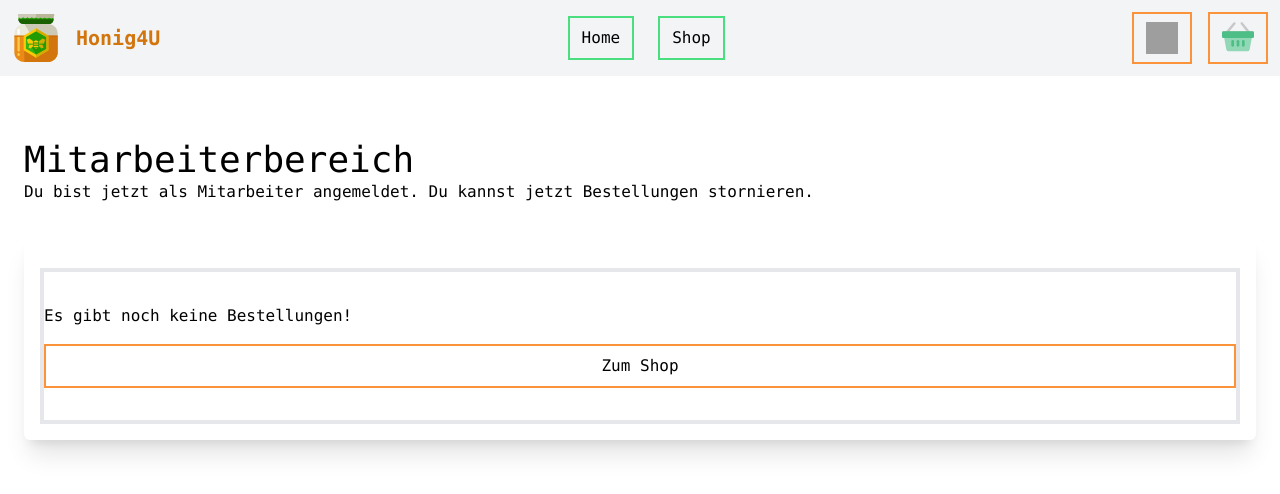
Repository: cainytheslave/PHPHonigShop
Page: http://localhost/admin.php
An editor plug-in stored every save of this project. The page is shown before and after a run of saves, followed by the edit.
The browser window is 1280 px wide. The pictures show the whole page.
Pictures or frames that could not be fetched are drawn as grey boxes. The page is run by PHP 8.4 with error messages shown; the project is at /var/www/html/. The session is filled in as if someone had signed in: {"afterLoginDestination": 1, "user": "testuser"}. Other server files are loaded and not shown. Style sheets and scripts are compiled from the project's sources, by tool versions that may differ from the author's. Queries for data that is not in the repository find no rows.

Above is the page before, as saved 2022-03-11 21:55:30.

### admin.php
<?php

session_start();

if (!isset($_SESSION['user'])) {
    header('Location: login.php');
}

require('core/conn.php');
$produkte = require('core/produkte.php');
$einstellungen = require('core/einstellungen.php');

if (!isset($_SESSION['warenkorb'])) {
    $_SESSION['warenkorb'] = [];
}

$conn = getDatenbank();
$stmt = $conn->prepare("SELECT * FROM Bestellungen");
$stmt->execute();

$result = $stmt->setFetchMode(PDO::FETCH_ASSOC);

$bestellungen = $stmt->fetchAll();

?>

<!DOCTYPE html>
<html lang="en">

<head>
    <meta charset="UTF-8">
    <meta http-equiv="X-UA-Compatible" content="IE=edge">
    <meta name="viewport" content="width=device-width, initial-scale=1.0">
    <title><?= $einstellungen['firma'] ?> Mitarbeiter</title>

    <?php include('includes/head.inc.php') ?>
</head>

<body class="font-mono">

    <?php include('includes/header.inc.php') ?>

    <main class="flex flex-col gap-8 px-6 py-16 mx-auto max-w-7xl">

        <!-- Fehlermeldungen -->
        <?php if (isset($errors)) echo Komponente::alert(true, $errors); ?>

        <section>
            <h1 class="text-4xl">Mitarbeiterbereich</h1>
            <p>Du bist jetzt als Mitarbeiter angemeldet. Du kannst jetzt Bestellungen stornieren.</p>
        </section>

        <section class="w-full p-4 mx-auto bg-white rounded-md shadow-xl">
            <div class="flex flex-col py-8 mt-4 border-4">
                <?php if (empty($bestellungen)) : ?>
                    <p class="mb-4">Es gibt noch keine Bestellungen!</p>
                    <?= Komponente::link('Zum Shop', 'shop.php') ?>
                <?php else : ?>
                    <table class="w-full">
                        <thead>
                            <tr>
                                <th class="w-12">BestellNR.</th>
                                <th>KundenNR.</th>
                                <th>Summe</th>
                                <th>Datum</th>
                                <th>Aktionen</th>
                            </tr>
                        </thead>
                        <tbody>
                            <?php foreach ($bestellungen as $bestellung) : ?>

                            <?php endforeach; ?>
                        </tbody>
                    </table>
                <?php endif; ?>
            </div>
        </section>
    </main>
</body>

</html>

### core/conn.php
 <?php

    function getDatenbank(string|null $datenbank = "Honig4U")
    {
        $servername = "localhost";
        $username = "root";
        $password = "";
        $conn = null;

        // Mit Datenbank verbinden
        try {

            if ($datenbank) {
                $conn = new PDO("mysql:host=" . $servername . ";dbname=" . $datenbank, $username, $password);
            } else {
                $conn = new PDO("mysql:host=" . $servername, $username, $password);
            }

            $conn->setAttribute(PDO::ATTR_ERRMODE, PDO::ERRMODE_EXCEPTION);
        } catch (PDOException $e) {
            echo "Connection failed: " . $e->getMessage();
        }

        return $conn;
    }

### core/produkte.php
<?php

return [
    'akazie' => [
        'name' => 'Akazienhonig',
        'beschreibung' => 'Leckerer Akazienhonig, direkt abgezapft vom Akazienbaum deines Vertrauens.',
        'preis' => 8.5
    ],
    'heide' => [
        'name' => 'Heidehonig',
        'beschreibung' => 'Leckerer Heidehonig, ist seinen Preis wert denn es war eine Heidenarbeit!',
        'preis' => 12.5
    ],
    'klee' => [
        'name' => 'Kleehonig',
        'beschreibung' => 'Vierblättriger Kleehonig. Der sortenreine Blütenhonig mit einem milden Aroma.',
        'preis' => 6.5,
    ],
    'tannen' => [
        'name' => 'Tannenhonig',
        'beschreibung' => 'Leckerer Tannenhonig. Mit seinen würzig-kräftigen Aromen ein Genuss für jeden Feinschmecker.',
        'preis' => 10
    ]
];

### core/einstellungen.php
<?php

return [
    'firma' => 'Honig4U'
];

### includes/head.inc.php
<!-- Styling -->
<link rel="stylesheet" href="style.css">

<!-- AlpineJS (Javascript Framework für Mobiles Menu https://alpinejs.dev) -->
<script defer src="https://unpkg.com/alpinejs@3.x.x/dist/cdn.min.js"></script>

### includes/header.inc.php
<?php

require('core/Komponente.php');
$einstellungen = require('core/einstellungen.php');

?>

<!-- Header -->
<header class="w-full bg-gray-100" x-data="{open: false}">
    <!-- Desktop -->
    <div class="flex items-center justify-between px-3 py-3 mx-auto max-w-7xl">

        <!-- Logo -->
        <div class="flex items-center gap-4">
            <img src="images/logo.svg" class="w-12 h-12" alt="Logo">
            <p class="text-xl font-semibold text-honey"><?= $einstellungen['firma'] ?></p>
        </div>

        <!-- Navigation-->
        <div class="items-center hidden gap-6 sm:flex">
            <?= Komponente::link('Home', 'index.php', 'green') ?>
            <?= Komponente::link('Shop', 'shop.php', 'green') ?>
            <?php if (isset($_SESSION['user']) && isset($_SESSION['user']['mitarbeiter'])) {
                if ($_SESSION['user']['mitarbeiter']) {
                    echo Komponente::link('Mitarbeiterbereich', 'admin.php', 'green');
                }
            } ?>
        </div>

        <!-- Account -->
        <div class="flex items-center gap-4">
            <?php if (isset($_SESSION['user'])) : ?>
                <?= Komponente::link('<img src="images/logout.svg" class="w-8 h-8" alt="">', 'logout.php?to=login.php') ?>
            <?php else : ?>
                <?= Komponente::link('Login', 'login.php') ?>
                <?= Komponente::link('Registrieren', 'registrierung.php') ?>
            <?php endif; ?>
            <?= Komponente::link('<img src="images/basket.svg" class="w-8 h-8" alt="">', 'warenkorb.php') ?>
        </div>

        <!-- Mobile Trigger -->
        <img @click="open = !open" src="images/menu.svg" class="block w-10 h-10 sm:hidden" alt="">
    </div>

    <!-- Mobile Menu -->
    <div class="flex flex-col gap-3 px-3 border-t-2 sm:hidden" x-show="open" style="display:none">
        <!-- Navigation-->
        <?= Komponente::link('Home', 'index.php', 'green') ?>
        <?= Komponente::link('Shop', 'shop.php', 'green') ?>
        <?php if (isset($_SESSION['user']) && isset($_SESSION['user']['mitarbeiter'])) {
            if ($_SESSION['user']['mitarbeiter']) {
                echo Komponente::link('Mitarbeiterbereich', 'admin.php', 'green');
            }
        } ?>
    </div>
</header>

### core/Komponente.php
<?php

class Komponente
{

    static function link($text = "", $href = "", $border = "orange")
    {
        $classes = "text-center px-3 py-2 border-2 hover:bg-gray-200 active:scale-95 hover:scale-105 border-$border-400";
        return "<a href='$href' class='$classes'>$text</a>";
    }

    static function button($text = "", $name = "", $border = "orange")
    {
        $classes = "text-center cursor-pointer px-3 py-2 border-2 hover:bg-gray-200 active:scale-95 hover:scale-105 border-$border-400";
        return "<input type='submit' name='$name' class='$classes' value='$text' />";
    }

    static function input($type = "text", $placeholder = '', $name = '', $value = '', $required = 'true')
    {
        $classes = "flex-1 text-left px-3 py-2 border-2 active:scale-95 border-orange-400";
        return "<input type='$type' name='$name' required='$required' value='$value' class='$classes' placeholder='$placeholder' />";
    }

    static function alert($error = true, $data)
    {
        if (count($data) <= 0) return '';

        $str = '<section class="w-full p-4 mx-auto mt-4 bg-green-300 border-2 border-green-500 shadow-xl">';
        if ($error) $str = '<section class="w-full p-4 mx-auto mt-4 bg-red-300 border-2 border-red-500 shadow-xl">';

        foreach ($data as $entry) {
            $str .= '<p class="text-lg font-semibold">' . $entry . '</p>';
        }

        $str .= '</section>';

        return $str;
    }
}

### tailwind.config.js
module.exports = {
    content: [
        "./*.{html,js,php}",
        "./core/*.php",
        "./includes/*.php"
    ],
    theme: {
        extend: {
            colors: {
                honey: '#d3750d',
                honeylight: '#d3ab05',
                honeygreen: '#239b02'
            }
        },
    },
    safelist: [{
            pattern: /border-(orange|green|red)-400/,
        },
        {
            pattern: /border-(green|red)-500/
        },
        {
            pattern: /bg-(green|red)-300/
        },
        {
            pattern: /cursor-pointer/
        },
        {
            pattern: /w-8/
        },
        {
            pattern: /h-8/
        },
        {
            pattern: /flex-1/
        }

    ],
    plugins: [],
}

### images/logo.svg
<?xml version="1.0" encoding="iso-8859-1"?>
<!-- Generator: Adobe Illustrator 19.0.0, SVG Export Plug-In . SVG Version: 6.00 Build 0)  -->
<svg version="1.1" id="Layer_1" xmlns="http://www.w3.org/2000/svg" xmlns:xlink="http://www.w3.org/1999/xlink" x="0px" y="0px"
	 viewBox="0 0 496.8 496.8" style="enable-background:new 0 0 496.8 496.8;" xml:space="preserve">
<path style="fill:#EAE9DA;" d="M472.4,403.2c0,56-46.4,92.8-102.4,92.8H128.4c-56,0-104-44.8-104-92.8V204.8
	C24.4,149.6,70,104,125.2,104h245.6c56,0,100.8,45.6,100.8,100.8v198.4H472.4z"/>
<path style="fill:#CCCAB6;" d="M128.4,104H370c56,0,102.4,41.6,102.4,97.6v197.6c0,56-46.4,97.6-102.4,97.6"/>
<path style="fill:#EA8B18;" d="M24.4,224v174.4c0,56,46.4,97.6,102.4,97.6H370c56,0,102.4-41.6,102.4-97.6V224H24.4z"/>
<path style="fill:#D3750D;" d="M128.4,496H370c56,0,102.4-41.6,102.4-97.6v-172L126,224.8"/>
<path style="fill:#F7CA4D;" d="M80.4,376.8c0,6.4-5.6,12-12,12l0,0c-6.4,0-12-5.6-12-12V247.2c0-6.4,5.6-12,12-12l0,0
	c6.4,0,12,5.6,12,12V376.8z"/>
<path style="fill:#FFFFFF;" d="M80.4,201.6c0,6.4-5.6,12-12,12l0,0c-6.4,0-12-5.6-12-12v-38.4c0-5.6,5.6-11.2,12-11.2l0,0
	c6.4,0,12,5.6,12,12V201.6z"/>
<path style="fill:#F7CA4D;" d="M80.4,423.2c0,6.4-5.6,12-12,12l0,0c-6.4,0-12-5.6-12-12v-8c0-6.4,5.6-12,12-12l0,0
	c6.4,0,12,5.6,12,12V423.2z"/>
<path style="fill:#239B02;" d="M430.8,52c0,26.4-21.6,52-48,52H114c-26.4,0-48-25.6-48-52l0,0c0-26.4,21.6-52,48-52h268
	C409.2,0,430.8,25.6,430.8,52L430.8,52z"/>
<path style="fill:#1A6000;" d="M430.8,53.6L430.8,53.6c0,26.4-21.6,50.4-48,50.4H114c-26.4,0-48-22.4-48-48.8l0,0"/>
<path style="fill:#CCCAB6;" d="M437.2,12c0-8-6.4-12-13.6-12H73.2c-8,0-13.6,4-13.6,12c0,4.8,2.4,8,5.6,10.4
	c2.4,13.6,14.4,23.2,28,23.2c8.8,0,16.8-4.8,22.4-11.2c5.6,6.4,12.8,10.4,22.4,10.4c8.8,0,16.8-4,22.4-10.4
	c5.6,6.4,12.8,10.4,22.4,10.4c8.8,0,16.8-4,22.4-10.4c5.6,6.4,12.8,10.4,22.4,10.4s16.8-4,22.4-10.4c5.6,6.4,12.8,10.4,22.4,10.4
	c9.6,0,16.8-4,22.4-10.4c5.6,6.4,12.8,10.4,22.4,10.4c8.8,0,16.8-4,22.4-10.4c5.6,6.4,12.8,10.4,22.4,10.4c8.8,0,16.8-4,22.4-10.4
	c5.6,6.4,12.8,10.4,22.4,10.4c14.4,0,25.6-9.6,28-23.2C434.8,20,437.2,16.8,437.2,12z"/>
<path style="fill:#BAB699;" d="M423.6,0H248.4v35.2c0,0,0-0.8,0.8-0.8c5.6,6.4,12.8,10.4,21.6,10.4c8.8,0,16.8-4,22.4-10.4
	c5.6,6.4,12.8,10.4,22.4,10.4c8.8,0,16.8-4,22.4-10.4c5.6,6.4,12.8,10.4,22.4,10.4c8.8,0,16.8-4,22.4-10.4
	c5.6,6.4,12.8,10.4,22.4,10.4c14.4,0,25.6-10.4,28-24c3.2-2.4,5.6-4.8,5.6-9.6C437.2,4,430.8,0,423.6,0z"/>
<rect x="24.4" y="224" style="fill:#C65E00;" width="448" height="8"/>
<polygon style="fill:#F9CA06;" points="376.4,376 248.4,452 120.4,376 120.4,224 248.4,147.2 376.4,224 "/>
<polyline style="fill:#D3AB05;" points="248.4,147.2 376.4,224 376.4,376 248.4,452 "/>
<polygon style="fill:#34B515;" points="352.4,359.2 248.4,418.4 144.4,359.2 144.4,240.8 248.4,180.8 352.4,240.8 "/>
<polyline style="fill:#239B02;" points="144.4,240.8 249.2,180.8 352.4,240.8 352.4,359.2 248.4,418.4 "/>
<g>
	<polygon style="fill:#F9CA06;" points="224.4,328 224.4,339.2 226,344 270.8,344 272.4,339.2 272.4,328 	"/>
	<polygon style="fill:#F9CA06;" points="272.4,296 272.4,283.2 248.4,272 224.4,283.2 224.4,296 	"/>
</g>
<g>
	<rect x="224.4" y="304" style="fill:#D3AB05;" width="48" height="16"/>
	<polygon style="fill:#D3AB05;" points="236.4,352 248.4,363.2 260.4,352 	"/>
</g>
<g>
	<polygon style="fill:#F9CA06;" points="216.4,280 216.4,308.8 166.8,305.6 153.2,265.6 179.6,253.6 	"/>
	<polygon style="fill:#F9CA06;" points="216.4,336.8 216.4,316 180.4,318.4 170.8,347.2 190,356 	"/>
</g>
<g>
	<polygon style="fill:#D3AB05;" points="280.4,280 280.4,308.8 330,305.6 343.6,265.6 317.2,253.6 	"/>
	<polygon style="fill:#D3AB05;" points="280.4,336.8 280.4,316 316.4,318.4 326,347.2 306.8,356 	"/>
</g>
<g>
</g>
<g>
</g>
<g>
</g>
<g>
</g>
<g>
</g>
<g>
</g>
<g>
</g>
<g>
</g>
<g>
</g>
<g>
</g>
<g>
</g>
<g>
</g>
<g>
</g>
<g>
</g>
<g>
</g>
</svg>

### images/basket.svg
<svg width="48px" height="48px" viewBox="0 0 48 48" xmlns="http://www.w3.org/2000/svg"><title>70 Basic icons by Xicons.co</title><path d="M37.67,44H10.33a4,4,0,0,1-3.93-3.27L2,17H46L41.61,40.73A4,4,0,0,1,37.67,44Z" fill="#93d8b6"/><path d="M40.44,17.42a1.85,1.85,0,0,1-1.46-.7L28.32,3.27a1.86,1.86,0,0,1,0-2.41A1.87,1.87,0,0,1,31.17,1L41.84,14.42A1.81,1.81,0,0,1,40.44,17.42Z" fill="#c8c8c8"/><path d="M7.37,17.43a1.81,1.81,0,0,1-1.38-3L17,1A1.94,1.94,0,0,1,19.37.49a1.79,1.79,0,0,1,.54,2.72L8.81,16.75A1.86,1.86,0,0,1,7.37,17.43Z" fill="#c8c8c8"/><path d="M45.23,14.28H2.77A2.75,2.75,0,0,0,0,17v1.81a2.75,2.75,0,0,0,2.77,2.72H45.23A2.75,2.75,0,0,0,48,18.81V17A2.75,2.75,0,0,0,45.23,14.28Z" fill="#94ac82"/><rect y="14" width="48" height="10" rx="2" ry="2" fill="#4dbe86"/><path d="M16,37a2,2,0,0,1-2-2V29a2,2,0,0,1,4,0v6A2,2,0,0,1,16,37Z" fill="#4dbe86"/><path d="M24,37a2,2,0,0,1-2-2V29a2,2,0,0,1,4,0v6A2,2,0,0,1,24,37Z" fill="#4dbe86"/><path d="M32,37a2,2,0,0,1-2-2V29a2,2,0,0,1,4,0v6A2,2,0,0,1,32,37Z" fill="#4dbe86"/></svg>

### images/menu.svg
<svg width="512px" height="512px" viewBox="0 0 512 512" xmlns="http://www.w3.org/2000/svg"><path fill="#000" d="M32 96v64h448V96H32zm0 128v64h448v-64H32zm0 128v64h448v-64H32z"/></svg>

Loaded but not shown: tailwind.css (common file)

After the next 2 saves:
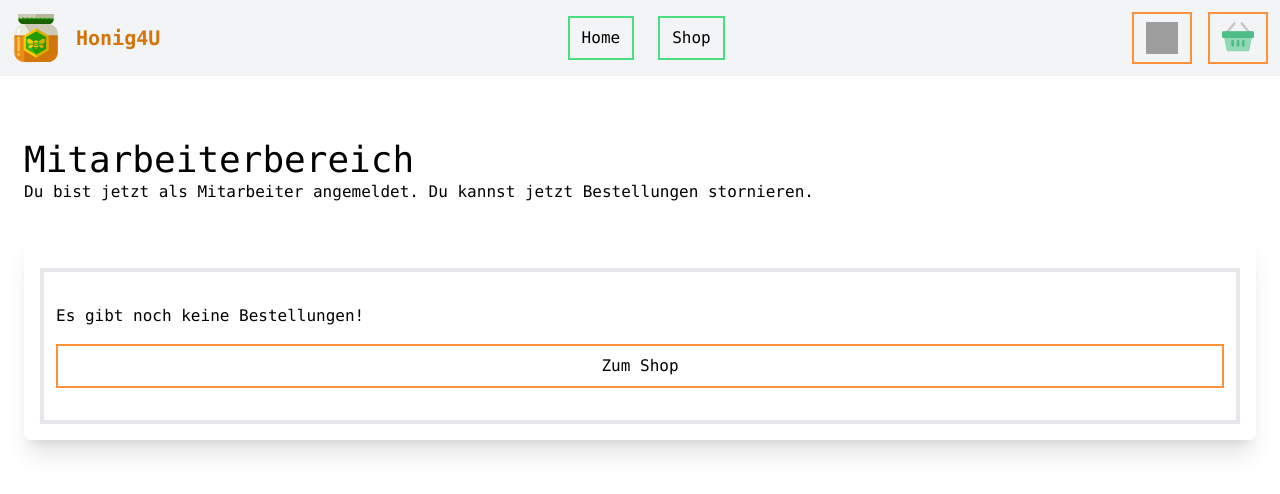
The 2 saves are shown as one change because they came seconds apart.
The last was saved 7 s later.
--- a/admin.php
+++ b/admin.php
@@ -51,7 +51,7 @@
         </section>
 
         <section class="w-full p-4 mx-auto bg-white rounded-md shadow-xl">
-            <div class="flex flex-col py-8 mt-4 border-4">
+            <div class="flex flex-col py-8 px-3 mt-4 border-4">
                 <?php if (empty($bestellungen)) : ?>
                     <p class="mb-4">Es gibt noch keine Bestellungen!</p>
                     <?= Komponente::link('Zum Shop', 'shop.php') ?>
@@ -60,7 +60,7 @@
                         <thead>
                             <tr>
                                 <th class="w-12">BestellNR.</th>
-                                <th>KundenNR.</th>
+                                <th class="w-12">KundenNR.</th>
                                 <th>Summe</th>
                                 <th>Datum</th>
                                 <th>Aktionen</th>
